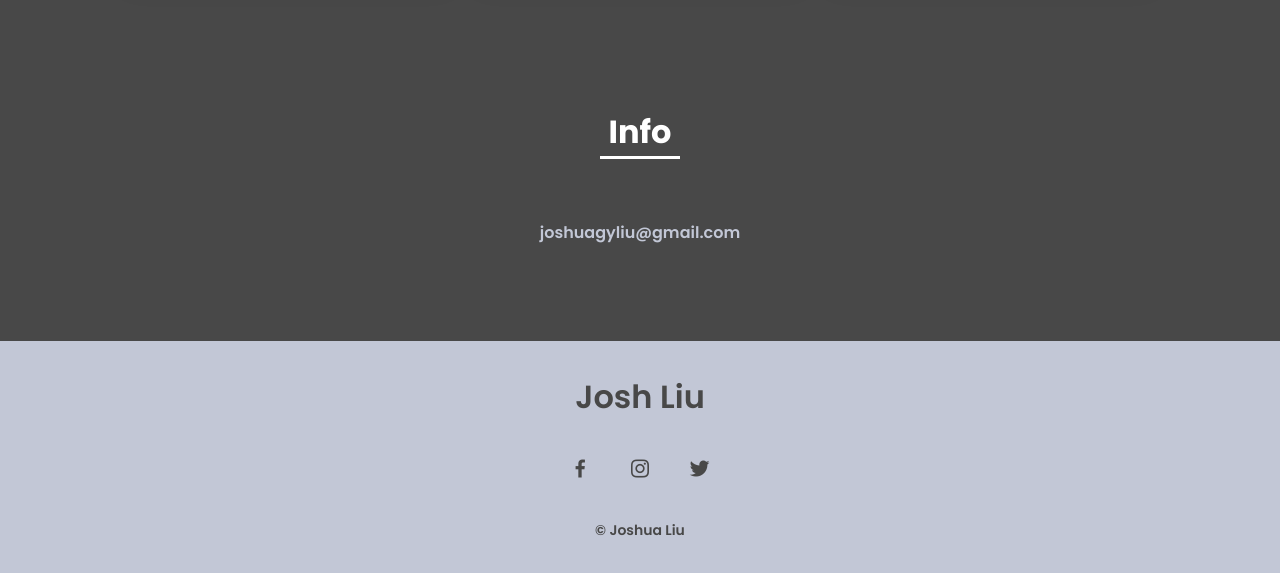
Repository: joshliu14/joshliu14.github.io
Page: index.html
The author's editor kept a copy of each file at every save. The page is drawn from the files as they stood at one save, then again after the next save.
The browser window is 1280 px wide. The pictures show the part of the page from y = 2529 to 3280 px (the page is 3102 px tall before and 3280 px after).
A picture or video elsewhere on the page could not be fetched, so the positions and the page height are approximate.

Above is the page before, as saved 2024-01-31 23:30:43.

After the next save:
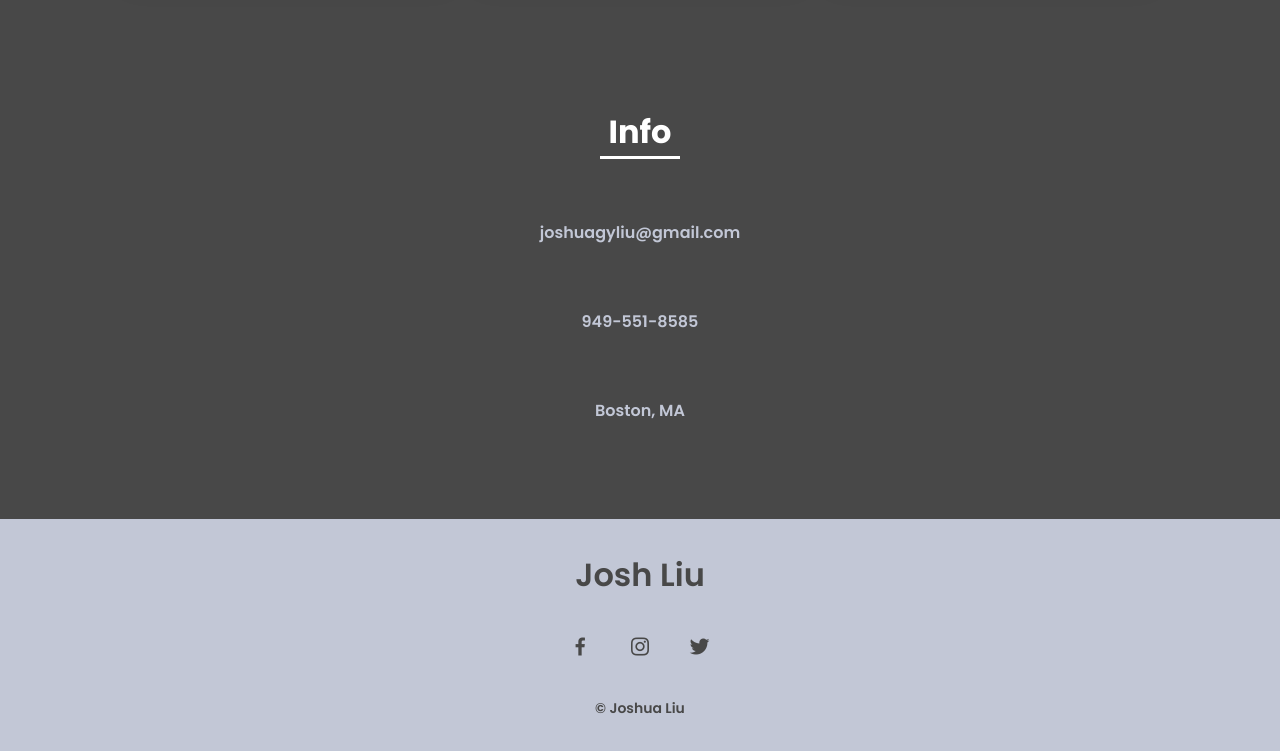
Saved 57 s later.
--- a/index.html
+++ b/index.html
@@ -216,7 +216,9 @@
       <!--===== CONTACT =====-->
       <section class="contact section" id="contact">
         <h2 class="section-title">Info</h2>
-        <h1 class="contact__input">joshuagyliu@gmail.com</h1>
+        <h3 class="contact__input">joshuagyliu@gmail.com</h3>
+        <h3 class="contact__input">949-551-8585</h3>
+        <h3 class="contact__input">Boston, MA</h3>
       </section>
     </main>
 
